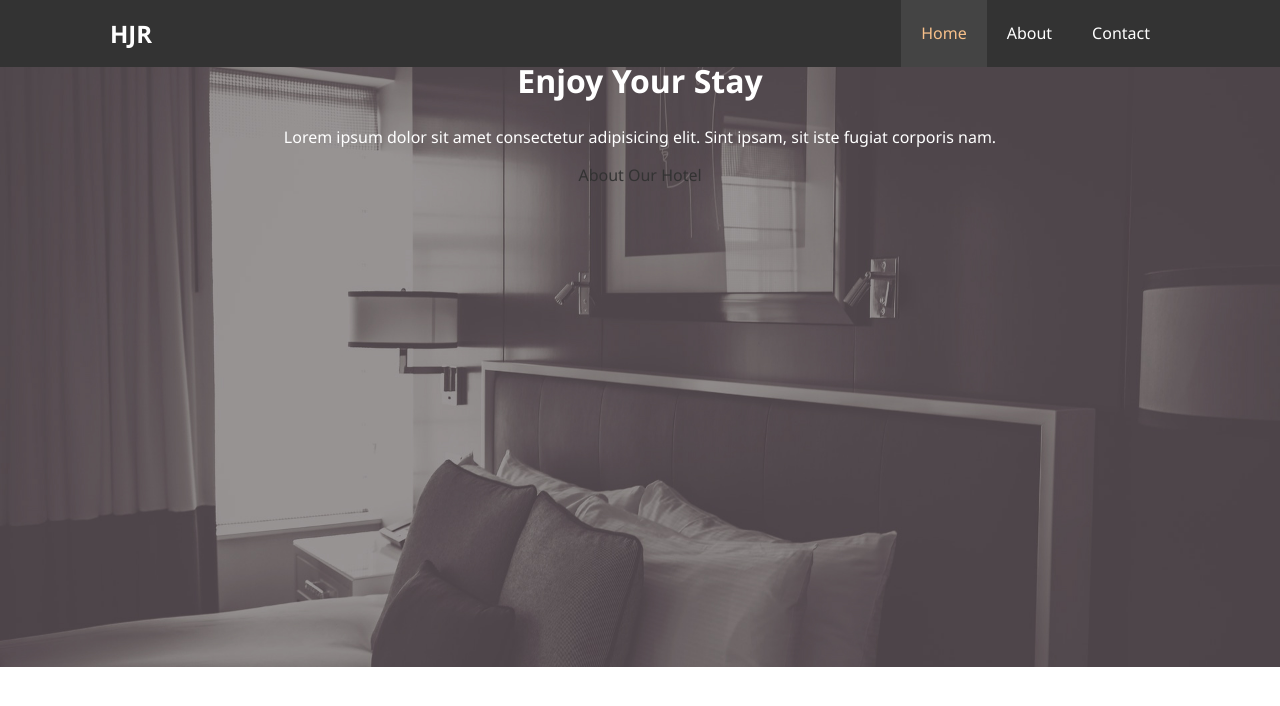
Repository: dimlutine/Hotel-Project
Page: index.html
An editor plug-in stored every save of this project. The page is shown before and after the next save, followed by the edit.
The browser window is 1280 px wide. The pictures show the whole page.

Above is the page before, as saved 2019-07-05 21:51:22.

After the next save:
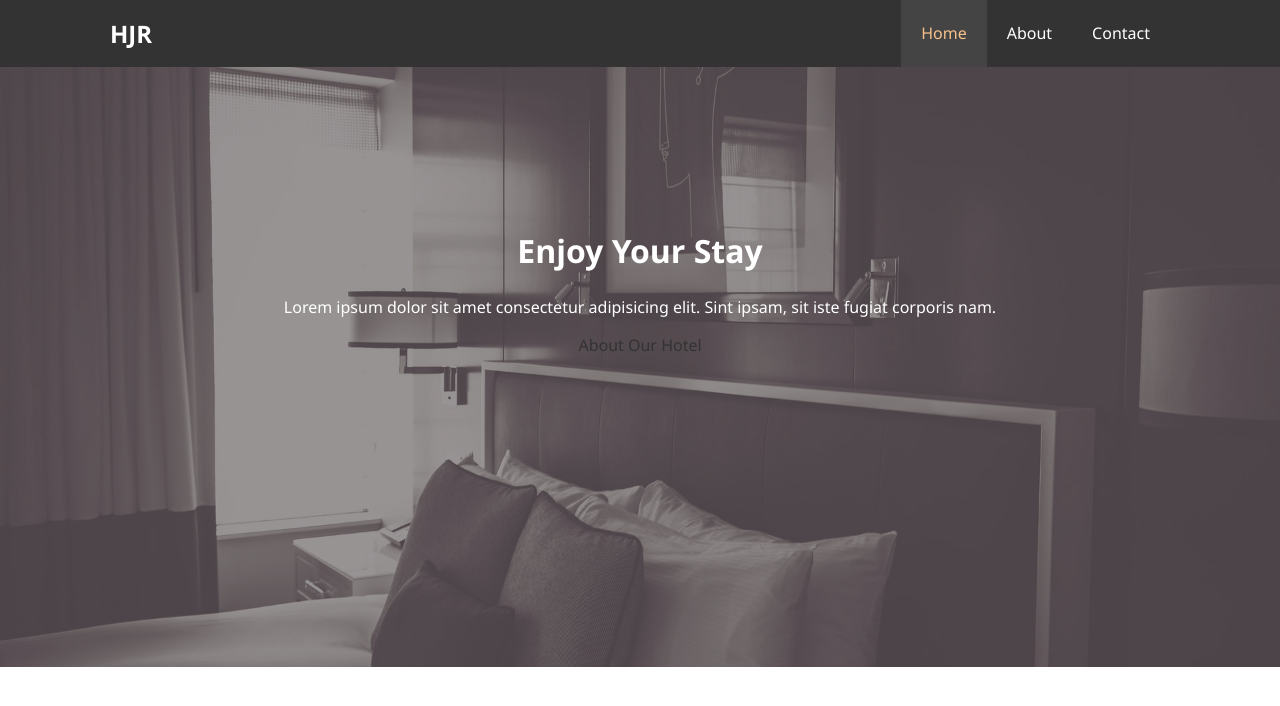
Saved 13 s later.
--- a/css/style.css
+++ b/css/style.css
@@ -79,4 +79,5 @@ p {
 #showcase .showcase-content {
     color: #fff;
     text-align: center;
+    padding-top: 170px;
 }
